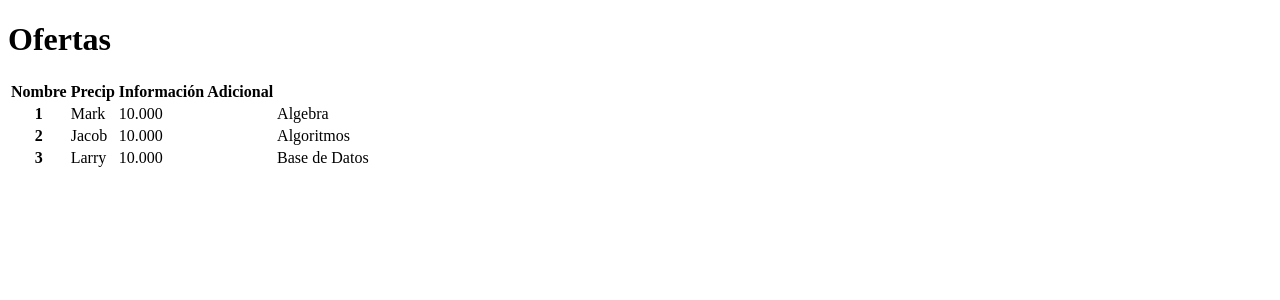
Repository: M4rced/DOO
Page: http://localhost/ofertas
The author's editor kept a copy of each file at every save. The page is drawn from the files as they stood at one save, then again after the next save.
The browser window is 1280 px wide. The pictures show the whole page.
The page is this project's Thymeleaf template; nobody is signed in. The template is opened directly, without the code that normally fills it, so the values that code supplies are empty.

Above is the page before, as saved 2022-11-15 02:50:04.

### OfertarMinitoria/src/main/resources/templates/ofertas.html
<!DOCTYPE html>
<html xmlns:th="http://www.thymeleaf.org">
<head>
<meta charset="UTF-8">
<title>Ver ofertas</title>
<!-- CSS only
<link href="https://cdn.jsdelivr.net/npm/bootstrap@5.2.2/dist/css/bootstrap.min.css" rel="stylesheet" integrity="sha384-Zenh87qX5JnK2Jl0vWa8Ck2rdkQ2Bzep5IDxbcnCeuOxjzrPF/et3URy9Bv1WTRi" crossorigin="anonymous">
-->
</head>
<body>
	<div class="container">
		<div class="row">
			<h1>Ofertas</h1>
		</div>
		<table class="table">
			<thead class="thead-dark">
				<tr>
					<th scope="col">Nombre</th>
					<th scope="col">Precip</th>
					<th scope="col">Información Adicional</th>
				</tr>
			</thead>
			<tbody>
				<tr>
					<th scope="row">1</th>
					<td>Mark</td>
					<td>10.000</td>
					<td>Algebra</td>
				</tr>
				<tr>
					<th scope="row">2</th>
					<td>Jacob</td>
					<td>10.000</td>
					<td>Algoritmos</td>
				</tr>
				<tr>
					<th scope="row">3</th>
					<td>Larry</td>
					<td>10.000</td>
					<td>Base de Datos</td>
				</tr>
			</tbody>
		</table>
	</div>
</body>
</html>

After the next save:
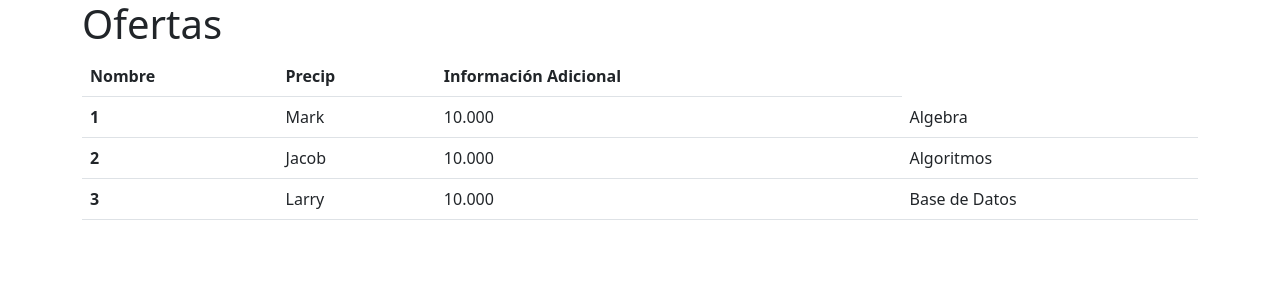
Saved 87 min 0 s later.
--- a/OfertarMinitoria/src/main/resources/templates/ofertas.html
+++ b/OfertarMinitoria/src/main/resources/templates/ofertas.html
@@ -3,9 +3,8 @@
 <head>
 <meta charset="UTF-8">
 <title>Ver ofertas</title>
-<!-- CSS only
+<!-- CSS only -->
 <link href="https://cdn.jsdelivr.net/npm/bootstrap@5.2.2/dist/css/bootstrap.min.css" rel="stylesheet" integrity="sha384-Zenh87qX5JnK2Jl0vWa8Ck2rdkQ2Bzep5IDxbcnCeuOxjzrPF/et3URy9Bv1WTRi" crossorigin="anonymous">
--->
 </head>
 <body>
 	<div class="container">
